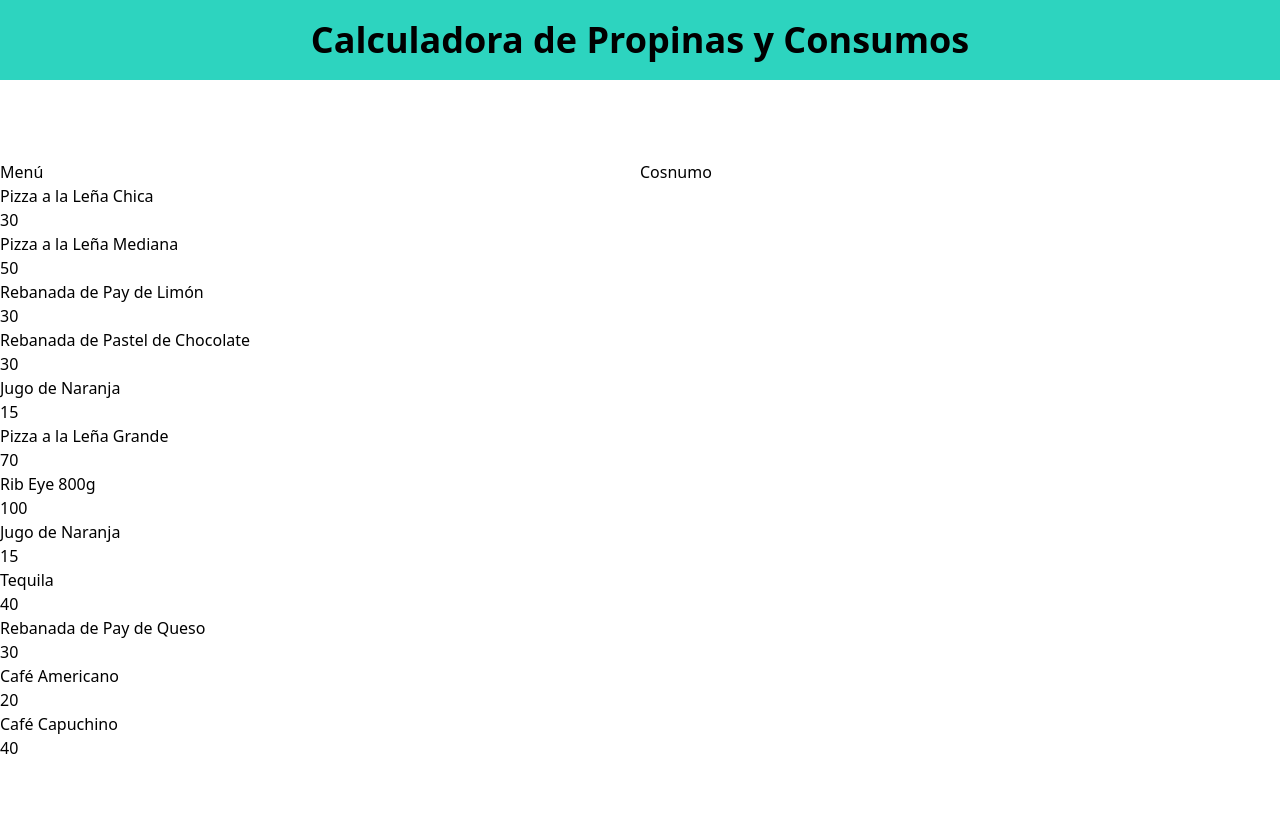
Repository: Matiiu/tip-calculator
Page: /
The author's editor kept a copy of each file at every save. The page is drawn from the files as they stood at one save, then again after the next save.
The browser window is 1280 px wide. The pictures show the whole page.
The project was rebuilt for these pictures with package versions that can differ from the ones it lists, and the page was loaded fresh each time. Also part of the build but not shown: vite.config.ts.

Above is the page before, as saved 2024-03-29 09:52:54.

After the next save:
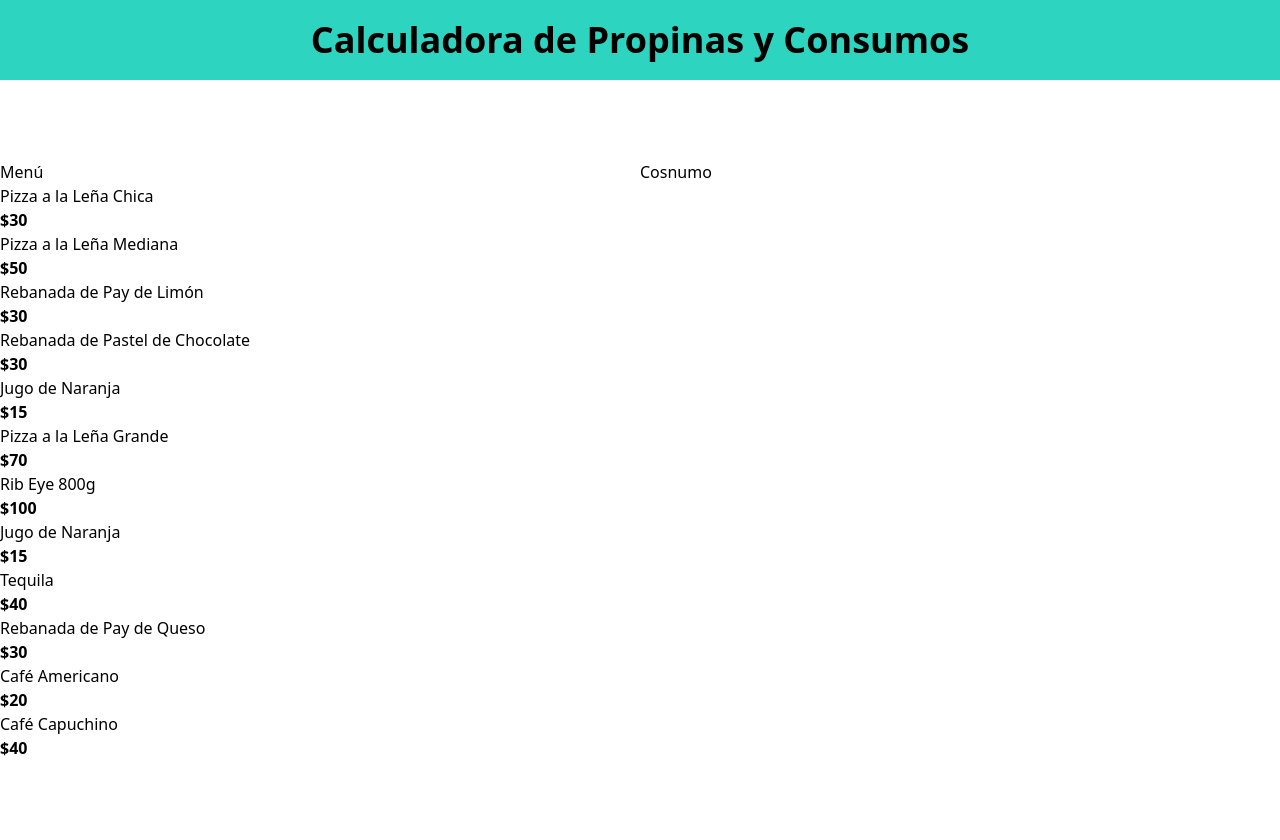
Saved 19 s later.
--- a/src/components/MenuItem.tsx
+++ b/src/components/MenuItem.tsx
@@ -8,7 +8,7 @@ export default function MenuItem({ item }: MenuItemProps) {
   return (
     <section>
         <p>{item.name}</p>
-        <p>{item.price}</p>
+        <p className="font-black">${item.price}</p>
     </section>
   );
 }
